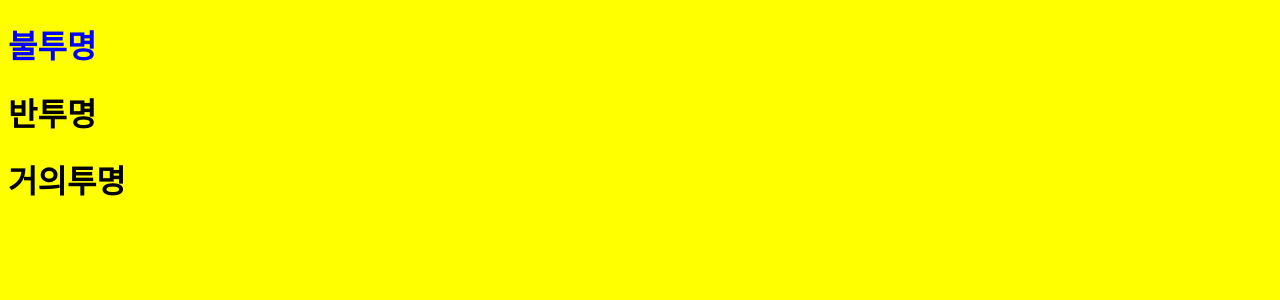
Repository: Ljeaseo/wowwow
Page: html/TRY.html
The author's editor kept a copy of each file at every save. The page is drawn from the files as they stood at one save, then again after the next save.
The browser window is 1280 px wide. The pictures show the whole page.

Above is the page before, as saved 2022-06-13 00:32:23.

After the next save:
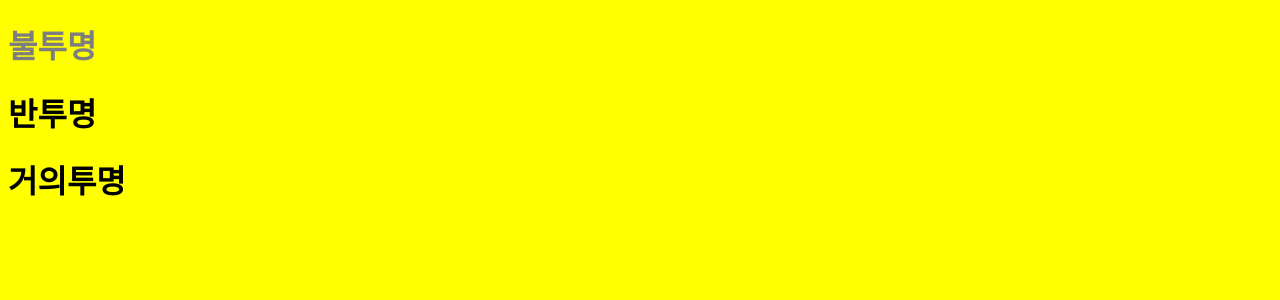
Saved 1 s later.
--- a/html/WebContent/css/css_try.css
+++ b/html/WebContent/css/css_try.css
@@ -1,6 +1,6 @@
 @charset "UTF-8";
 
 #h01{
-	style-opacity: 0.5;
+	opacity: 0.5;
     color: blue;
 }
